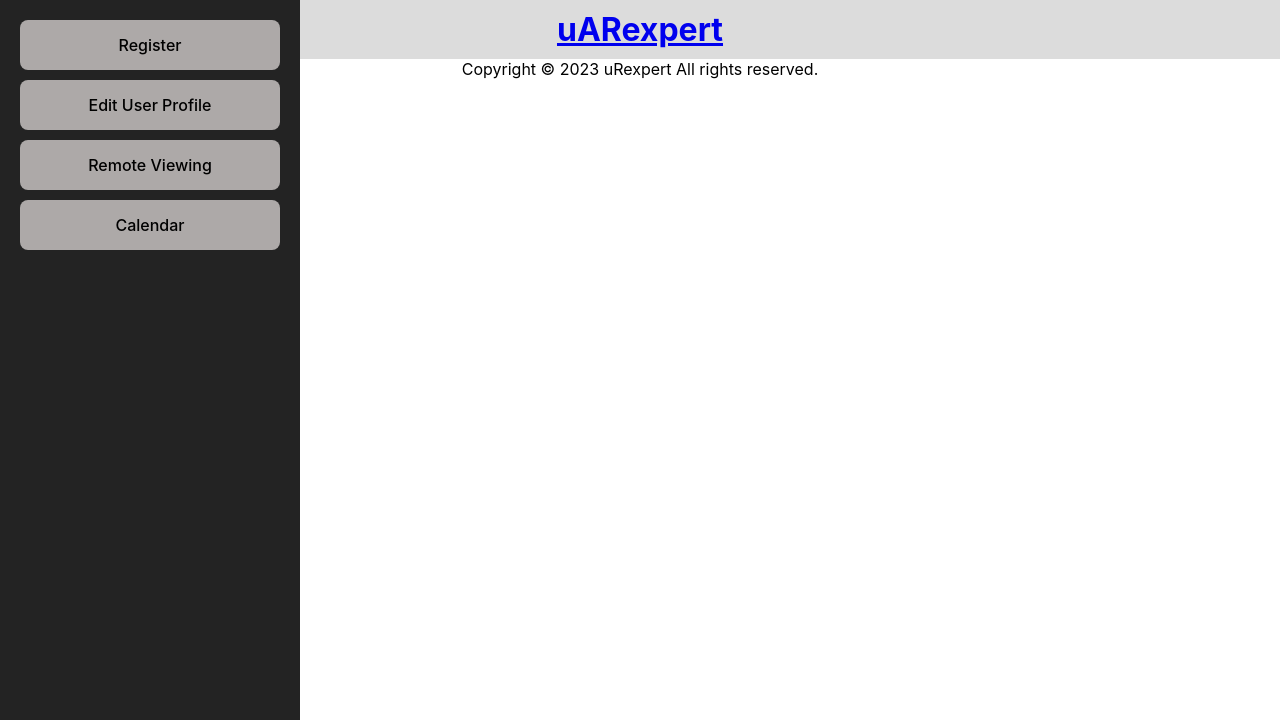
Repository: onionNguyen/Senior-Design-Project
Page: / (app in frontend/)
These files come from the project's save history. The page is drawn as it stood at one moment and after a run of saves; the edit follows.
The browser window is 1280 px wide. The pictures show the whole page.
The page's requests for data from a server got no answer. The project was rebuilt for these pictures with package versions that can differ from the ones it lists, and the page was loaded fresh each time. No one was signed in, and anything a server would have sent is missing. Also part of the build but not shown: frontend/src/components/form/Form.module.css, frontend/src/components/form/Input.js, frontend/src/components/pages/edit-user-profile/EditProfile.module.css, frontend/src/components/form/IndicatesRequired.js, frontend/src/components/form/MessageRibbon.js, frontend/src/components/pages/edit-user-profile/EditProfile.js, frontend/src/components/pages/login/Login.module.css, frontend/src/components/pages/login/Login.js and 7 more.

Above is the page before, as saved 2023-10-27 01:37:21.

### frontend/src/index.css
* {
  box-sizing: border-box;
  margin: 0;
  padding: 0;
}

body {
  font-family: -apple-system, BlinkMacSystemFont, "Segoe UI", "Roboto", "Oxygen",
    "Ubuntu", "Cantarell", "Fira Sans", "Droid Sans", "Helvetica Neue",
    sans-serif;
  -webkit-font-smoothing: antialiased;
  -moz-osx-font-smoothing: grayscale;
}

code {
  font-family: source-code-pro, Menlo, Monaco, Consolas, "Courier New",
    monospace;
}

### frontend/src/App.js
import { BrowserRouter as Router, Routes, Route } from "react-router-dom";
import EditProfile from "./components/pages/edit-user-profile/EditProfile";
import Login from "./components/pages/login/Login";
import Home from "./components/pages/home/Home";
import Register from "./components/pages/registration/Register";
import { AuthContext } from "./helpers/AuthContext";
import { useState, useEffect } from "react";
import axios from "axios";
import NotFound from "./components/pages/error/NotFound";
import Calendar from "./components/pages/calendar/Calendar";
import RemoteViewing from "./components/pages/remote-viewing/RemoteViewing";

function App() {
  const [authState, setAuthState] = useState({
    id: 0,
    name: "",
    email: "",
    status: false,
  });

  useEffect(() => {
    axios
      .get("http://localhost:5000/auth", {
        headers: {
          accessToken: localStorage.getItem("accessToken"),
        },
      })
      .then((response) => {
        console.log(response.data);
        if (response.data.error) {
          setAuthState({
            ...authState,
            status: false,
          });
        } else {
          setAuthState({
            id: response.data.id,
            name: response.data.name,
            email: response.data.email,
            status: true,
          });
        }
      });
  }, [authState]);

  return (
    <AuthContext.Provider value={{ authState, setAuthState }}>
      <Router>
        <Routes>
          <Route path="/" exact element={<Home />} />
          <Route path="/register" exact element={<Register />} />
          <Route path="/login" exact element={<Login />} />
          <Route path="/profile/edit" exact element={<EditProfile />} />
          <Route path="/calendar" exact element={<Calendar />} />
          <Route path="/remote-viewing" exact element={<RemoteViewing />} />
          <Route path="*" exact element={<NotFound />} />
        </Routes>
      </Router>
    </AuthContext.Provider>
  );
}

export default App;

### frontend/src/components/pages/home/Home.js
import React, { useEffect, useContext } from "react";
import SideNav from "../../sidenav/SideNav";
import Footer from "../../footer/Footer";
import Header from "../../header/Header";
import styles from "./Home.module.css";
import { AuthContext } from "../../../helpers/AuthContext";
import Unauthorized from "../error/Unauthorized";

const Home = () => {
  const { authState } = useContext(AuthContext);

  return authState ? (
    <div>
      <Header />
      <SideNav />
      <Footer />
    </div>
  ) : (
    <Unauthorized />
  );
};

export default Home;

### frontend/src/components/footer/Footer.js
import React from "react";
import styles from "./Footer.module.css";

const Footer = () => {
  return (
    <div className={styles["footer"]}>
      <p>Copyright &copy; 2023 uRexpert All rights reserved.</p>
    </div>
  );
};

export default Footer;

### frontend/src/components/header/Header.js
import React from "react";
import styles from "./Header.module.css";
import { useContext } from "react";
import { AuthContext } from "../../helpers/AuthContext";
import { useNavigate, Link } from "react-router-dom";

const Header = () => {
  const { authState, setAuthState } = useContext(AuthContext);
  const navigate = useNavigate();

  const logout = () => {
    localStorage.removeItem("accessToken");
    setAuthState({
      id: 0,
      name: "",
      email: "",
      status: false,
    });
    navigate("/login");
  };

  return (
    <div className={styles["header"]}>
      <Link to="/">
        <h1>uARexpert</h1>
      </Link>
      {authState.status && <h2>{authState.name}</h2>}
      {authState.status && <button onClick={logout}>Logout</button>}
    </div>
  );
};

export default Header;

### frontend/src/components/sidenav/SideNav.js
import React from "react";
import styles from "./SideNav.module.css";
import { Link } from 'react-router-dom';

const SideNav = (props) => {
  return (
    <div className={styles.sidenav}>
      <ul className={styles.listGroup}>
        <li className={styles.listItem}>
          <Link to="/register">Register</Link>
        </li>
        <li className={styles.listItem}>
          <Link to="/profile/edit">Edit User Profile</Link>
        </li>
        <li className={styles.listItem}>
          <Link to="/remote-viewing">Remote Viewing</Link>
        </li>
        <li className={styles.listItem}>
          <Link to="/calendar">Calendar</Link>
        </li>
      </ul>
    </div>
  );
};

export default SideNav;

### frontend/src/components/header/Header.module.css
.header {
  display: flex;
  justify-content: center;
  align-items: center;
  background-color: gainsboro;
  padding: 10px 20px;
}

.left-aligned {
  display: flex;
  align-items: center;
}

#logo img {
  margin-right: 15px; /* Adjust as needed */
}

### frontend/src/components/sidenav/SideNav.module.css
.sidenav {
  height: 100vh;
  width: 300px; /* Fixed width to ensure uniform look across different screens */
  max-width: 80%; /* Ensure it doesn't consume too much space on smaller screens */
  z-index: 1;
  top: 0;
  left: 0;
  background-color: #232323; /* Darker color for contrast */
  transition: 0.5s ease;
  overflow-x: hidden;
  padding: 20px;
  display: flex;
  flex-direction: column;
  align-items: left;
  position: fixed;
}

.listGroup {
  width: 100%;
  list-style-type: none;
  padding: 0;
}

.listItem {
  width: 100%;
  padding: 15px 10px;
  text-align: center;
  margin-bottom: 10px;
  border-radius: 8px; /* Added border radius */
  background-color: #ada9a8;
  transition: background-color 0.3s ease; /* Transition effect for hover */
}

.listItem:hover {
  background-color: #7a7675; /* Change color on hover */
}

.listItem a {
  text-decoration: none;
  color: black; /* Ensure text is black, change as per your preference */
  font-weight: 500; /* Slightly bolder font */
  transition: color 0.3s ease; /* Transition effect for hover */
}

.listItem a:hover {
  color: white; /* Change color on hover */
}

Loaded but not shown: frontend/public/index.html (common file); frontend/src/index.js (common file); frontend/src/reportWebVitals.js (common file); frontend/src/helpers/AuthContext.js (common file); frontend/src/components/footer/Footer.module.css (common file)

After the next 2 saves:
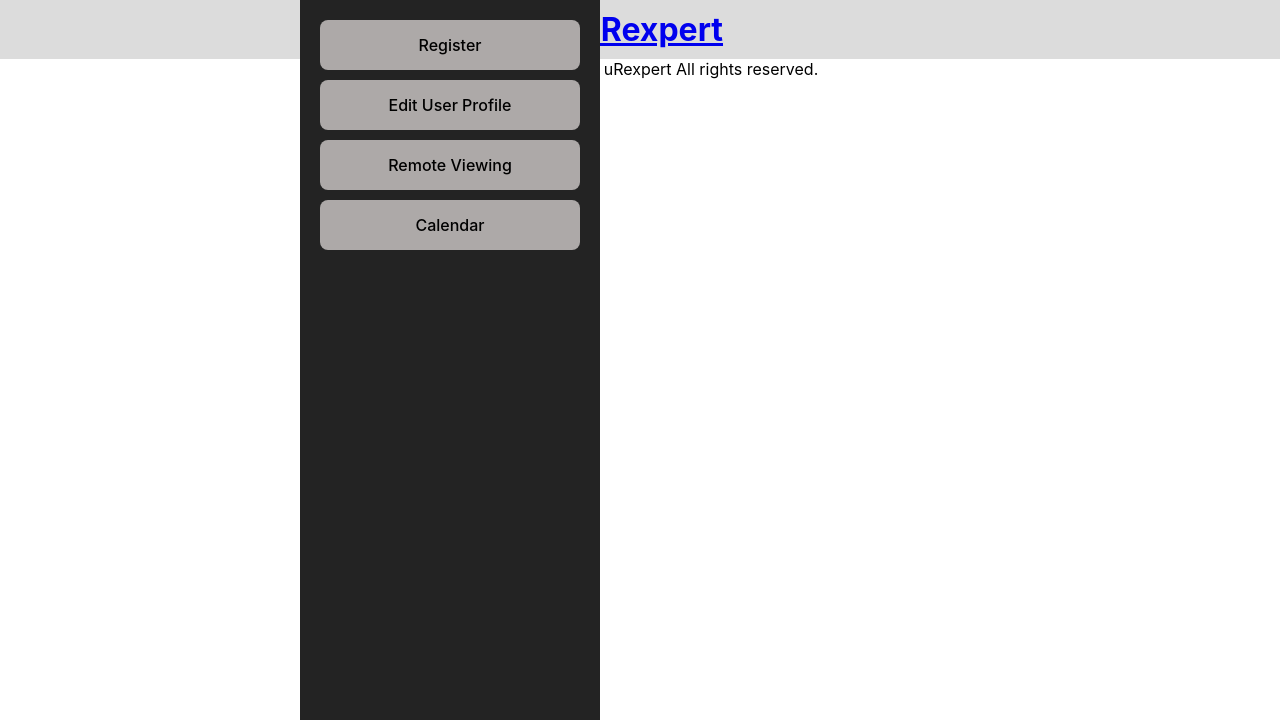
The 2 saves are shown as one change because they came seconds apart.
The last was saved 8 s later.
--- a/frontend/src/components/sidenav/SideNav.module.css
+++ b/frontend/src/components/sidenav/SideNav.module.css
@@ -11,8 +11,9 @@
   padding: 20px;
   display: flex;
   flex-direction: column;
-  align-items: left;
+  align-items: center;
   position: fixed;
+  margin-left: 300px;
 }
 
 .listGroup {
